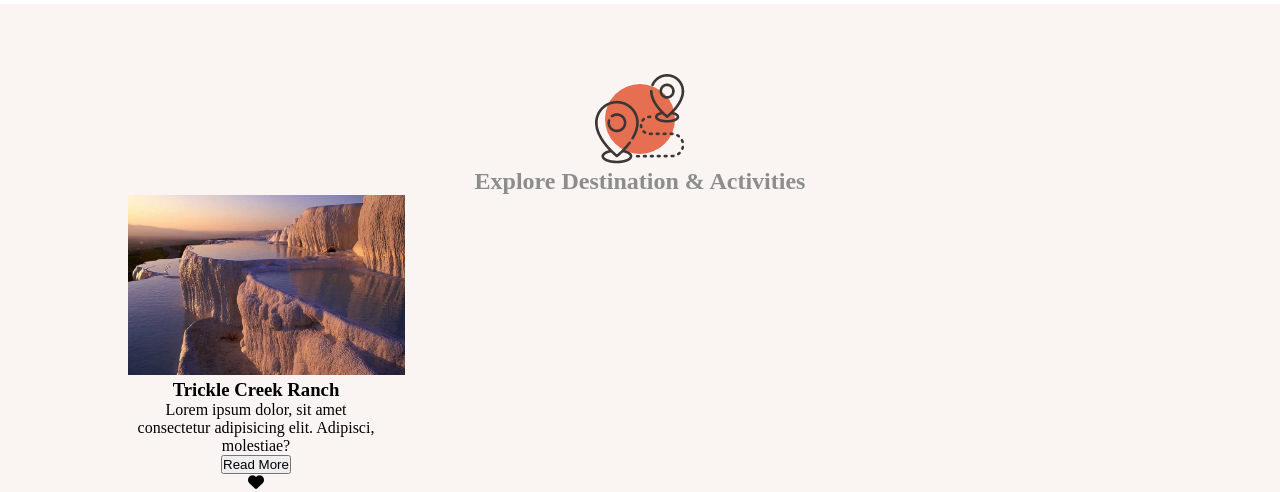
Repository: giahuy405/BC38_Camping_Pham_Gia_Huy
Page: index.html
An editor plug-in stored every save of this project. The page is shown before and after the next save, followed by the edit.
The browser window is 1280 px wide. The pictures show the part of the page from y = 692 to 1184 px (the page is 1184 px tall).

Above is the page before, as saved 2022-09-13 19:00:42.

### index.html
<!DOCTYPE html>
<html lang="en">
<head>
    <meta charset="UTF-8">
    <meta http-equiv="X-UA-Compatible" content="IE=edge">
    <meta name="viewport" content="width=device-width, initial-scale=1.0">
    <title>Document</title>
    <link rel="stylesheet" href="https://cdnjs.cloudflare.com/ajax/libs/font-awesome/6.2.0/css/all.min.css" integrity="sha512-xh6O/CkQoPOWDdYTDqeRdPCVd1SpvCA9XXcUnZS2FmJNp1coAFzvtCN9BmamE+4aHK8yyUHUSCcJHgXloTyT2A==" crossorigin="anonymous" referrerpolicy="no-referrer" />
    <link rel="stylesheet" href="./css/index.css">
</head>
<body>
    <header>
       <div class="header__items">
            <img src="./img/logoicon.png" alt="">
            <nav>
                <ul>
                    <li><a href="#">Home</a></li>
                    <li><a href="#">Services</a></li>
                    <li><a href="#">Destination</a></li>
                    <li><a href="#">Events</a></li>
                    <li><a href="#">Gallery</a></li>
                    <li><a href="#">Contact us</a></li>
                </ul>
            </nav>
       </div>
    </header>
    <section class="carousel">
        <img src="./img/BG.png" alt="">
    </section>
    <section class="service">
        <img src="./img/Group 313.png" alt="">
        <h1>Explore Destination & Activities</h1>
        <div class="service__cards">
            <div class="service__card">
                <div class="service__item">
                    <img src="./img/product1.png" alt="">
                    <h3>Trickle Creek Ranch</h3>
                    <p>Lorem ipsum dolor, sit amet consectetur adipisicing elit. Adipisci, molestiae?</p>
                    <button>Read More</button>
                </div>
                <div class="service__heart">
                    <i class="fa fa-heart"></i>
                </div>
            </div>
            <div class="service__card">

            </div>
            <div class="service__card">

            </div>
            <div class="service__card">

            </div>
            <div class="clear"></div>
        </div>
    </section>
</body>
</html>

### css/index.css
*{
    padding: 0;
    margin: 0;
    box-sizing: border-box;
}
.header__items{
    width: 90%;
    margin: 0 auto;
}
header{
    background-color: #f8e1db;
}
nav{
    margin-top: 10px;
    padding-bottom: 10px;
}
nav ul{
    list-style: none;
}
nav li{
    display: inline;
    margin-right:30px;
}
nav a{
    text-decoration: none;
    color: #43403c;
}
nav a:hover{
    color: rgb(160, 5, 5);
}
.clear{
    clear: both;
}
.carousel img{
    height: 600px;
    width: 100%;
}
.service{
    text-align: center;
    padding-top: 70px;
    background-color: #faf4f2;
}
.service > h1{
    color: #8d8d8d;
}
.service__cards{
    width: 80%;
    margin: 0 auto;
}
.service__card{
    float: left;
    width: 25%;
}

After the next save:
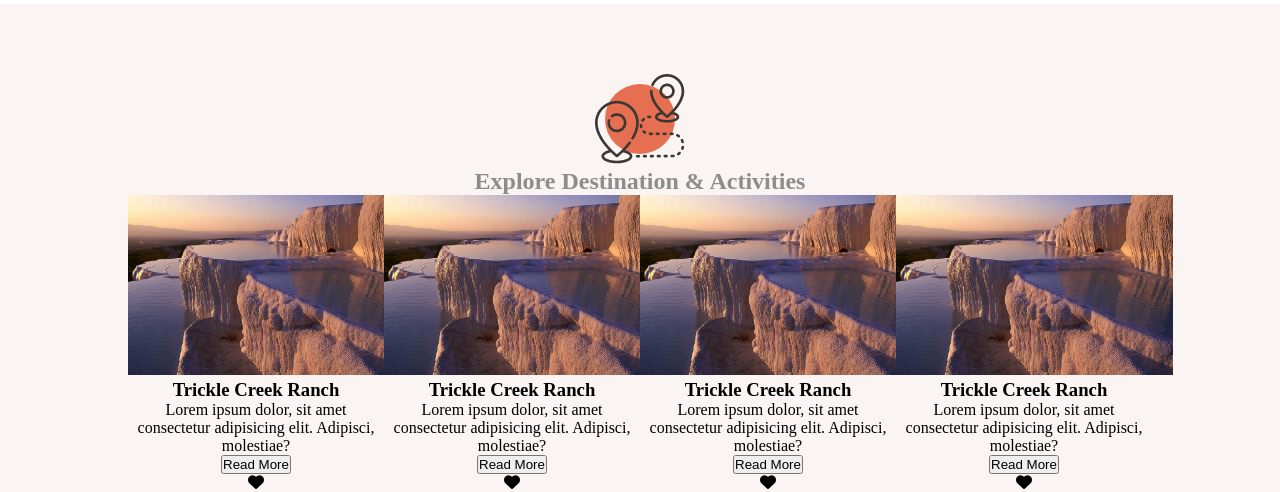
Saved 11 s later.
--- a/index.html
+++ b/index.html
@@ -43,13 +43,37 @@
                 </div>
             </div>
             <div class="service__card">
-
+                <div class="service__item">
+                    <img src="./img/product1.png" alt="">
+                    <h3>Trickle Creek Ranch</h3>
+                    <p>Lorem ipsum dolor, sit amet consectetur adipisicing elit. Adipisci, molestiae?</p>
+                    <button>Read More</button>
+                </div>
+                <div class="service__heart">
+                    <i class="fa fa-heart"></i>
+                </div>
             </div>
             <div class="service__card">
-
+                <div class="service__item">
+                    <img src="./img/product1.png" alt="">
+                    <h3>Trickle Creek Ranch</h3>
+                    <p>Lorem ipsum dolor, sit amet consectetur adipisicing elit. Adipisci, molestiae?</p>
+                    <button>Read More</button>
+                </div>
+                <div class="service__heart">
+                    <i class="fa fa-heart"></i>
+                </div>
             </div>
             <div class="service__card">
-
+                <div class="service__item">
+                    <img src="./img/product1.png" alt="">
+                    <h3>Trickle Creek Ranch</h3>
+                    <p>Lorem ipsum dolor, sit amet consectetur adipisicing elit. Adipisci, molestiae?</p>
+                    <button>Read More</button>
+                </div>
+                <div class="service__heart">
+                    <i class="fa fa-heart"></i>
+                </div>
             </div>
             <div class="clear"></div>
         </div>
